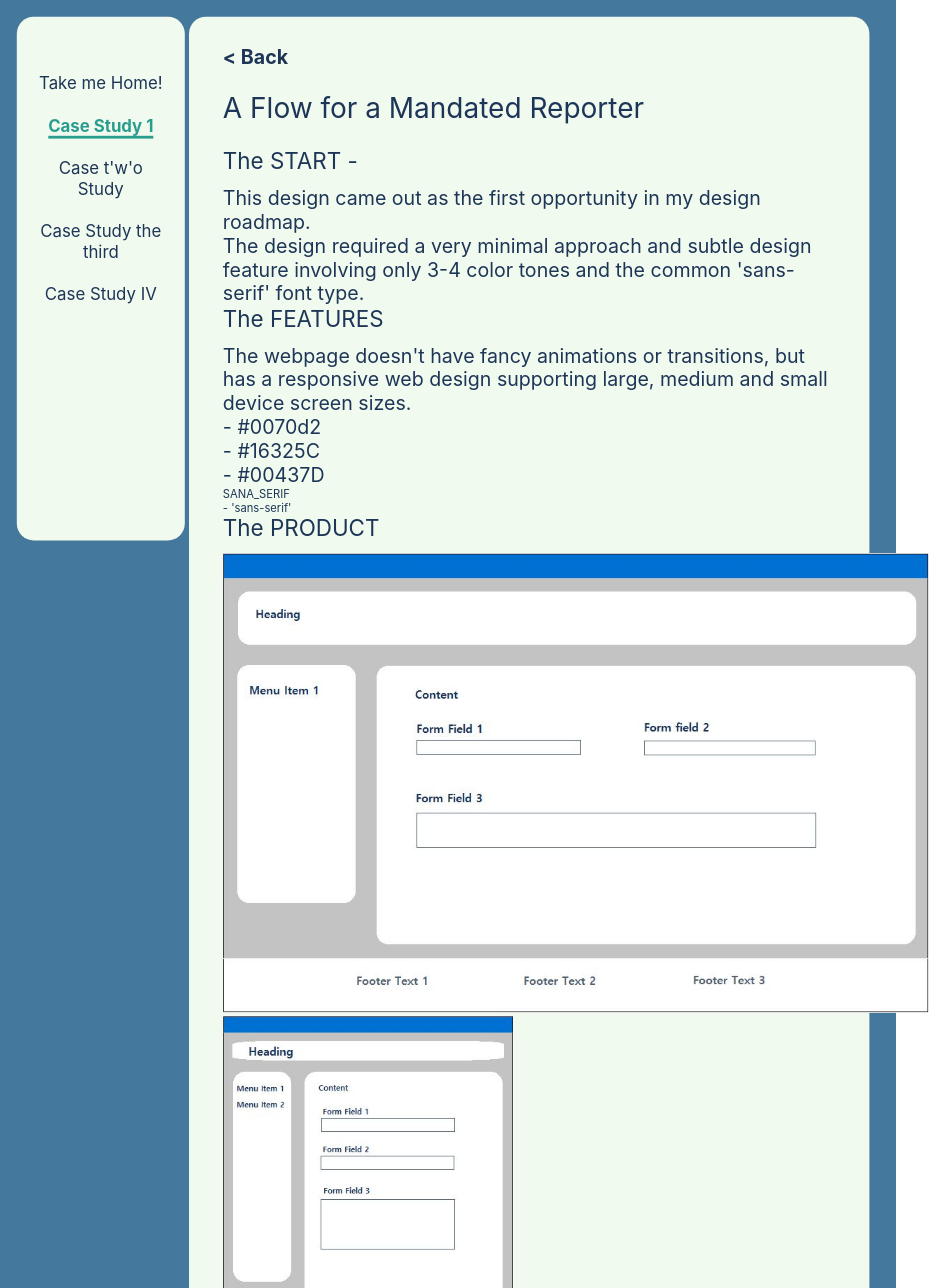
Repository: niranjangp/portfolioReact
Page: /cs-one
These files come from the project's save history. The page is drawn as it stood at one moment and after the next save; the edit follows.
The browser window is 1280 px wide. The page is 1327 px wide, so the pictures cover 1327 px, including what lies to the right of the window. The pictures show the part of the page from y = 0 to 1840 px (the page is 2800 px tall before and 2944 px after), at 70% of full size.
The project was rebuilt for these pictures with package versions that can differ from the ones it lists, and the page was loaded fresh each time. Also part of the build but not shown: src/pages/enterDesign.jsx, src/pages/notFound.jsx.

Above is the page before, as saved 2022-02-01 03:51:30.

### public/index.html
<!DOCTYPE html>
<html lang="en">
  <head>
    <meta charset="utf-8" />
    <!--<link rel="icon" href="%PUBLIC_URL%/favicon.ico" />-->
    <meta name="viewport" content="width=device-width, initial-scale=1" />
    <meta name="theme-color" content="#000000" />
    <meta
      name="description"
      content="Web site created using create-react-app"
    />
    <!--<link rel="apple-touch-icon" href="%PUBLIC_URL%/logo192.png" />-->
    <!--
      manifest.json provides metadata used when your web app is installed on a
      user's mobile device or desktop. See https://developers.google.com/web/fundamentals/web-app-manifest/
    -->
    <link rel="manifest" href="%PUBLIC_URL%/manifest.json" />
    <!--
      Notice the use of %PUBLIC_URL% in the tags above.
      It will be replaced with the URL of the `public` folder during the build.
      Only files inside the `public` folder can be referenced from the HTML.

      Unlike "/favicon.ico" or "favicon.ico", "%PUBLIC_URL%/favicon.ico" will
      work correctly both with client-side routing and a non-root public URL.
      Learn how to configure a non-root public URL by running `npm run build`.
    -->
    <title>Portfolio</title>
  </head>
  <body>
    <noscript>You need to enable JavaScript to run this app.</noscript>
    <div id="root"></div>
    <!--
      This HTML file is a template.
      If you open it directly in the browser, you will see an empty page.

      You can add webfonts, meta tags, or analytics to this file.
      The build step will place the bundled scripts into the <body> tag.

      To begin the development, run `npm start` or `yarn start`.
      To create a production bundle, use `npm run build` or `yarn build`.
    -->
  </body>
</html>

### src/index.css
body {
  margin: 0;
  font-family: -apple-system, BlinkMacSystemFont, 'Segoe UI', 'Roboto', 'Oxygen',
    'Ubuntu', 'Cantarell', 'Fira Sans', 'Droid Sans', 'Helvetica Neue',
    sans-serif;
  -webkit-font-smoothing: antialiased;
  -moz-osx-font-smoothing: grayscale;
  box-sizing: border-box;
}

code {
  font-family: source-code-pro, Menlo, Monaco, Consolas, 'Courier New',
    monospace;
}

p {
  margin: 0;
}

### src/App.js
import './App.css';

import { Route, NavLink, Switch, Redirect } from 'react-router-dom';
import EnterTheDesign from './pages/enterDesign';
import CSOne from './pages/csOne';
import NotFound from './pages/notFound';

function App() {
  const flatIconLink = "https://www.flaticon.com/free-icons/programmer";
  const wfhIconLink = "https://www.flaticon.com/free-icons/work-from-home";


  return (
    <div className='App'>
      <div className="containerOne">
        <nav className='navigation'>
          <div className='navDiv'>
            <NavLink activeClassName="nav-link active" className="nav-link" to="/enter-the-design">Take me Home!</NavLink>
          </div>
          <div className='navDiv'>
            <NavLink activeClassName="nav-link active" className="nav-link" to="/cs-one">Case Study 1</NavLink>
          </div>
          <div className='navDiv'>
            <NavLink activeClassName="nav-link active" className="nav-link" to="/cs-two">Case t'w'o Study</NavLink>
          </div>
          <div className='navDiv'>
            <NavLink activeClassName="nav-link active" className="nav-link" to="/cs-three">Case Study the third</NavLink>
          </div>
          <div className='navDiv'>
            <NavLink activeClassName="nav-link active" className="nav-link" to="/cs-three">Case Study IV</NavLink>
          </div>
        </nav>
        <main className='mainOne'>
          <Switch>
            <Route exact path="/" ><Redirect to="/enter-the-design" /></Route>
            <Route path="/enter-the-design" ><EnterTheDesign /></Route>
            <Route exact path="/cs-one" ><CSOne /></Route>

            <Route path="*"><NotFound /></Route>
          </Switch>
          {/*<div className='firstRow'>
            <div className="width-60">
              <p className='fr-info'>NIRANJAN G P, IS A UI DEVELOPER AT DELOITTE USI</p>
            </div>
            <div className="width-40 img-block">
              <img src={avatarIcon} alt="avatar-icon" className='avtr-img' />
            </div>
          </div>
          <div className='sec-row'>
            <p>Hi, this is Niranjan.</p>
            <p>I Joined Deloitte USI as a campus recruit. Since then I've been part of many innovative and high-intensity projects, coordinating between multiple virtual teams to help complete client deliverables.</p>
            <p>I've been part of the FRONT-END community since 2017 and constantly learning and developing UI and gradually having a go at UX design parallely.</p>
            <p>Currently based in Bengaluru, I have a big love for travel and adventure, also keeping in mind to do my bit to conserve the environment.</p>
            <p>Thanks for stopping by.</p>
          </div>*/}

        </main>
        <footer>
          <div className='footer-info'>
            {/*<p>Niranjan G P</p>*/}
            <p>Design & Develop    |   mailtonirgp@gmail.com</p>
            <p>Please consider the Environment while printing.</p>
          </div>
          <div className='credits'>
            <a href={flatIconLink} title="programmer icons">Programmer icons created by Flat Icons - Flaticon</a>
            <a href={wfhIconLink} title="work from home icons">Work from home icons created by Freepik - Flaticon</a>
          </div>
        </footer>
      </div>

    </div>
  );
}

export default App;

### src/App.css
.containerOne {
  background-color: #45789d;
  padding: 24px;
  position: relative;
}

.mainOne {
  width: 75%;
  margin-left: 20%;
  background-color: #F1FAEE;
  height: 100%;
  border-radius: 1.5rem;
  padding:24px;
}

.navigation {
  position: absolute;
  top: 24px;
  left: 24px;
  width: 15%;
  height: 660px;
  background-color: #F1FAEE;
  border-radius: 1.5rem;
  padding: 64px 24px 24px;
}

.navDiv {
  padding: 16px 0;
  text-align: center;
}

.nav-link {
  font-size: 24px;
  text-decoration: none;
  color: #1d3557;
}

.nav-link.active {
  color: #2a9d8f;
  font-weight: bold;
  border-bottom: 4px solid #2a9d8f;
}

.fr-info {
  font-size: 3rem;
  font-family:'Gill Sans', 'Gill Sans MT', Calibri, 'Trebuchet MS', sans-serif;
  padding: 24px 24px 24px 48px;
  color: #1d3557;
}

.firstRow {
  display: flex;
  align-items: center;
  padding: 64px 0;
}

.width-60 {
  width: 60%;
}

.width-40 {
  width: 40%;
}

.fullWidth {
  width: 100%;
}

.img-block {
  text-align: center;
}

.sec-row {
  background-color: #1d3557;
  color: #f1faee;
  border-radius: 0.75rem;
  padding: 64px;
  font-family: 'Lucida Sans', 'Lucida Sans Regular', 'Lucida Grande', 'Lucida Sans Unicode', Geneva, Verdana, sans-serif;
  font-size: 28px;
  text-align: justify;
}

.sec-row p {
  padding: 16px;
}

.centered {
  margin: 3rem auto;
  text-align: center;
  display: flex;
  justify-content: center;
  align-items: center;
}

.linkSel {
  text-decoration: underline;
  font-weight: bold;
}

.third-row {
  display: flex;
  flex-wrap: wrap;
  padding: 96px 24px 0;
}

.card-box {
  width: 50%;
  text-align: center;
  height: 600px;
}

.card {
  width: 400px;
  height: 450px;
  background-color: #ffddd2;
  border-radius: 20px;
  box-shadow: 4px 4px 4px 4px rgba(0, 0, 0, 0.2);
  margin: 3rem auto;
  flex-grow: 1;
  flex-shrink: 1;
  transition: width 500ms ease 0s;
}

.card:hover {
  box-shadow: 4px 4px 4px 8px rgba(0, 0, 0, 0.2);
  width: 420px;
  height: 470px;
  cursor: pointer;
}

.card a {
  text-decoration: none;
}

.card p {
  font-size: 32px;
  padding: 24px;
  color: #1d3557;
  font-family: Verdana, Geneva, Tahoma, sans-serif;
}

.card-icon {
  width: 256px;
  margin-top: 40px;
}

.intro-cs {
  text-align: center;
  font-size: 40px;
  color: #1d3557;
  font-family:'Trebuchet MS', 'Lucida Sans Unicode', 'Lucida Grande', 'Lucida Sans', Arial, sans-serif;
}

footer {
  width: 75%;
  margin-left: 20%;
  background-color: #cfdbd5;
  height: 100%;
  border-radius: 1.5rem;
  padding:24px;
  margin-top: 64px;
  color: #223843;
}
.footer-info {
  font-size: 1.5rem;
}

.footer-info p {
  padding: 1rem;
}

.credits {
  padding-left: 16px;
}

.credits a {
  text-decoration: none;
  display: block;
}

.csOne {
  min-height: 660px;
  height: 100%;
  color: #1d3557;
}

.backLink {
  font-size: 28px;
  font-weight: bold;
  padding: 16px 16px 16px 24px;
}

.backLink a {
  text-decoration: none;
  color: #1d3557;

}

.csOneHeader {
  font-size: 40px;
  padding: 16px 16px 32px 24px;
}

.csOneBody {
  padding: 0 24px;
}

.csOneH {
  font-size: 32px;
  padding-bottom: 16px;
}

.csOneC {
  font-size: 28px;
}

.pd-bt {
  padding-bottom: 48px;
}

.fir {
  width: 40px;
  color: #0070D2;
}

.sec {
  width: 40px;
  color: #16325C;
}

.thi {
  width: 40px;
  color: #526173;
}

.fou span {
  font-family: sans-serif;
}

/*.containerOne {
  background-color: #F1FAEE;
}
.mainOne {
  background-color: #a8dadc;
  width: 75%;
  margin-left: 20%;
  /-*background-color: #45789d;*-/
  height: 660px;
}

.p1 {
  color: #1d3557;
}
.p2 {
  color: #f1faee;
}*/

/*.App-logo {
  height: 40vmin;
  pointer-events: none;
}

@media (prefers-reduced-motion: no-preference) {
  .App-logo {
    animation: App-logo-spin infinite 20s linear;
  }
}

.App-header {
  background-color: #282c34;
  min-height: 100vh;
  display: flex;
  flex-direction: column;
  align-items: center;
  justify-content: center;
  font-size: calc(10px + 2vmin);
  color: white;
}

.App-link {
  color: #61dafb;
}*/

@keyframes App-logo-spin {
  from {
    transform: rotate(0deg);
  }
  to {
    transform: rotate(360deg);
  }
}

### src/pages/csOne.jsx
import React from 'react';
import { Link } from 'react-router-dom';
import MrDesk from '../assets/mrDesk.JPG';
import MrTab from '../assets/mrTab.JPG';
import MrMob from '../assets/mrMob.JPG';

const csOne = () => {
  return (
    <div className='csOne'>
      <div className="backLink"><Link to="/enter-the-design">{'< Back'}</Link></div>
      <div className='csOneHeader'>A Flow for a Mandated Reporter</div>
      <div className='csOneBody'>
        <div>
        <p className="csOneH">The START -</p>
        <p className="csOneC">This design came out as the first opportunity in my design roadmap.</p>
        <p className="csOneC">The design required a very minimal approach and subtle design feature involving only 3-4 color tones and the common 'sans-serif' font type.</p>
        </div>
        <div>
          <p className="csOneH">The FEATURES</p>
        <p className="csOneC">The webpage doesn't have fancy animations or transitions, but has a responsive web design supporting large, medium and small device screen sizes.</p>
        <p className="csOneC"><p className='fir'></p> - #0070d2</p>
        <p className="csOneC"><p className='sec'></p> - #16325C</p>
        <p className="csOneC"><p className='thi'></p> - #00437D</p>
        <p class="fou"><p>SANA_SERIF</p> - 'sans-serif'</p>
        </div>
        <div>
          <p className="csOneH">The PRODUCT</p>
          <div><img src={MrDesk} alt="mr-screen" className='mrDesk'/></div>
          <div><img src={MrTab} alt="mr-screen" className='mrTab'/></div>
          <div><img src={MrMob} alt="mr-screen" className='mrMob'/></div>
        </div>
      </div>
    </div>
  )
};

export default csOne;

Loaded but not shown: src/index.js (common file); src/reportWebVitals.js (common file)

After the next save:
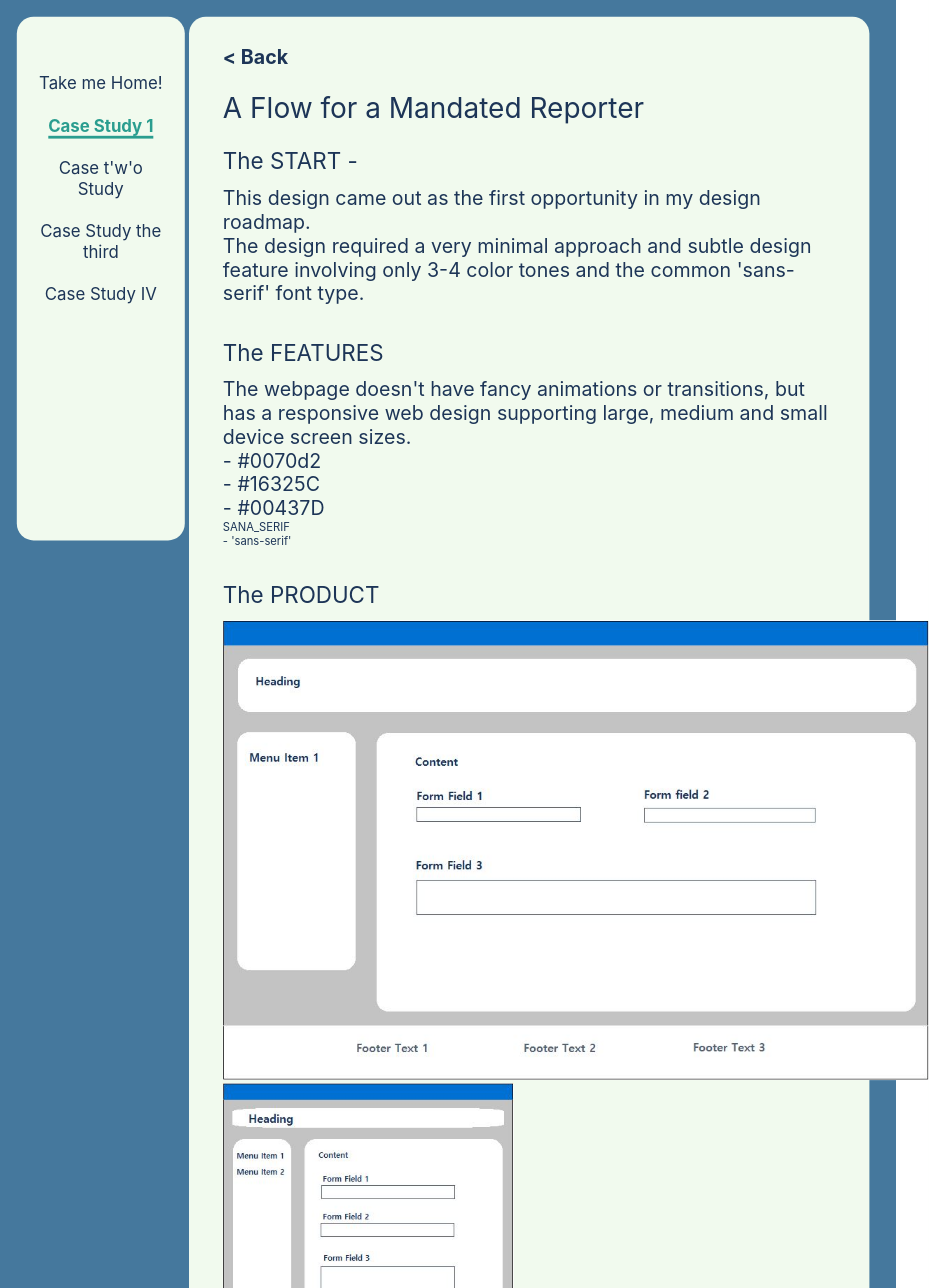
Saved 14 s later.
--- a/src/pages/csOne.jsx
+++ b/src/pages/csOne.jsx
@@ -10,24 +10,24 @@ const csOne = () => {
       <div className="backLink"><Link to="/enter-the-design">{'< Back'}</Link></div>
       <div className='csOneHeader'>A Flow for a Mandated Reporter</div>
       <div className='csOneBody'>
-        <div>
-        <p className="csOneH">The START -</p>
-        <p className="csOneC">This design came out as the first opportunity in my design roadmap.</p>
-        <p className="csOneC">The design required a very minimal approach and subtle design feature involving only 3-4 color tones and the common 'sans-serif' font type.</p>
+        <div className="pd-bt">
+          <p className="csOneH">The START -</p>
+          <p className="csOneC">This design came out as the first opportunity in my design roadmap.</p>
+          <p className="csOneC">The design required a very minimal approach and subtle design feature involving only 3-4 color tones and the common 'sans-serif' font type.</p>
         </div>
-        <div>
+        <div className="pd-bt">
           <p className="csOneH">The FEATURES</p>
-        <p className="csOneC">The webpage doesn't have fancy animations or transitions, but has a responsive web design supporting large, medium and small device screen sizes.</p>
-        <p className="csOneC"><p className='fir'></p> - #0070d2</p>
-        <p className="csOneC"><p className='sec'></p> - #16325C</p>
-        <p className="csOneC"><p className='thi'></p> - #00437D</p>
-        <p class="fou"><p>SANA_SERIF</p> - 'sans-serif'</p>
+          <p className="csOneC">The webpage doesn't have fancy animations or transitions, but has a responsive web design supporting large, medium and small device screen sizes.</p>
+          <p className="csOneC"><p className='fir'></p> - #0070d2</p>
+          <p className="csOneC"><p className='sec'></p> - #16325C</p>
+          <p className="csOneC"><p className='thi'></p> - #00437D</p>
+          <p class="fou"><p>SANA_SERIF</p> - 'sans-serif'</p>
         </div>
-        <div>
+        <div className="pd-bt">
           <p className="csOneH">The PRODUCT</p>
-          <div><img src={MrDesk} alt="mr-screen" className='mrDesk'/></div>
-          <div><img src={MrTab} alt="mr-screen" className='mrTab'/></div>
-          <div><img src={MrMob} alt="mr-screen" className='mrMob'/></div>
+          <div><img src={MrDesk} alt="mr-screen" className='mrDesk' /></div>
+          <div><img src={MrTab} alt="mr-screen" className='mrTab' /></div>
+          <div><img src={MrMob} alt="mr-screen" className='mrMob' /></div>
         </div>
       </div>
     </div>
